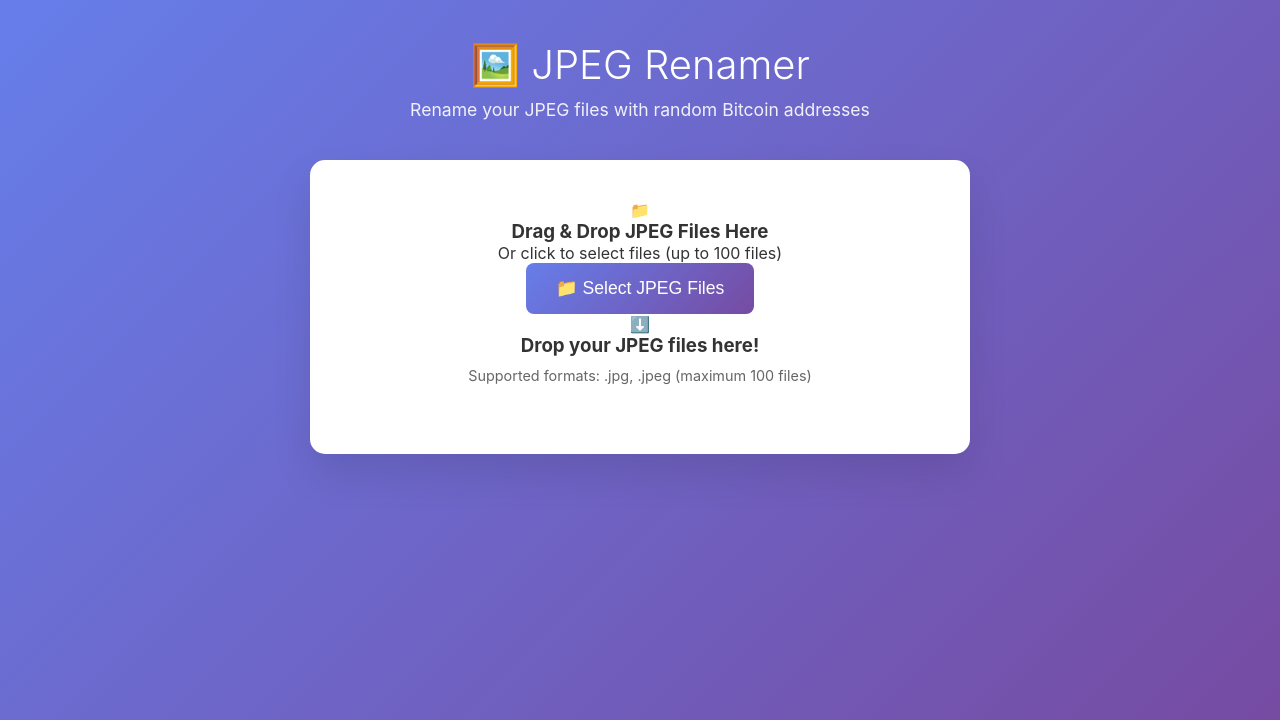
Repository: b0ase/nerd
Page: src/index.html
The author's editor kept a copy of each file at every save. The page is drawn from the files as they stood at one save, then again after the next save.
The browser window is 1280 px wide. The pictures show the whole page.

Above is the page before, as saved 2025-06-03 13:18:39.

### src/index.html
<!DOCTYPE html>
<html lang="en">
<head>
    <meta charset="UTF-8">
    <meta name="viewport" content="width=device-width, initial-scale=1.0">
    <title>JPEG Renamer - Bitcoin Addresses</title>
    <link rel="stylesheet" href="styles.css">
</head>
<body>
    <div class="container">
        <header>
            <h1>🖼️ JPEG Renamer</h1>
            <p>Rename your JPEG files with random Bitcoin addresses</p>
        </header>

        <main>
            <div class="upload-section">
                <div id="dropZone" class="drop-zone">
                    <div class="drop-zone-content">
                        <div class="drop-icon">📁</div>
                        <h3>Drag & Drop JPEG Files Here</h3>
                        <p>Or click to select files (up to 100 files)</p>
                        <button id="selectFiles" class="primary-btn">
                            📁 Select JPEG Files
                        </button>
                    </div>
                    <div class="drop-overlay">
                        <div class="drop-overlay-content">
                            <div class="drop-icon">⬇️</div>
                            <h3>Drop your JPEG files here!</h3>
                        </div>
                    </div>
                </div>
                <p class="hint">Supported formats: .jpg, .jpeg (maximum 100 files)</p>
            </div>

            <div id="fileList" class="file-list"></div>

            <div id="renameSection" class="rename-section" style="display: none;">
                <button id="renameFiles" class="success-btn">
                    🔄 Rename Files
                </button>
            </div>

            <div id="results" class="results"></div>
        </main>
    </div>

    <script src="renderer.js"></script>
</body>
</html>

### src/styles.css
* {
    margin: 0;
    padding: 0;
    box-sizing: border-box;
}

body {
    font-family: -apple-system, BlinkMacSystemFont, 'Segoe UI', Roboto, Oxygen, Ubuntu, Cantarell, sans-serif;
    background: linear-gradient(135deg, #667eea 0%, #764ba2 100%);
    min-height: 100vh;
    color: #333;
}

.container {
    max-width: 700px;
    margin: 0 auto;
    padding: 40px 20px;
}

header {
    text-align: center;
    margin-bottom: 40px;
    color: white;
}

header h1 {
    font-size: 2.5rem;
    margin-bottom: 10px;
    font-weight: 300;
}

header p {
    font-size: 1.1rem;
    opacity: 0.9;
}

main {
    background: white;
    border-radius: 15px;
    padding: 40px;
    box-shadow: 0 20px 40px rgba(0, 0, 0, 0.1);
    backdrop-filter: blur(10px);
}

.upload-section {
    text-align: center;
    margin-bottom: 30px;
}

.primary-btn, .success-btn, .danger-btn {
    padding: 15px 30px;
    border: none;
    border-radius: 8px;
    font-size: 1.1rem;
    cursor: pointer;
    transition: all 0.3s ease;
    font-weight: 500;
}

.primary-btn {
    background: linear-gradient(135deg, #667eea 0%, #764ba2 100%);
    color: white;
}

.primary-btn:hover {
    transform: translateY(-2px);
    box-shadow: 0 10px 20px rgba(102, 126, 234, 0.3);
}

.success-btn {
    background: linear-gradient(135deg, #4facfe 0%, #00f2fe 100%);
    color: white;
    width: 100%;
}

.success-btn:hover {
    transform: translateY(-2px);
    box-shadow: 0 10px 20px rgba(79, 172, 254, 0.3);
}

.danger-btn {
    background: linear-gradient(135deg, #ff6b6b 0%, #ee5a52 100%);
    color: white;
    padding: 8px 16px;
    font-size: 0.9rem;
}

.danger-btn:hover {
    transform: translateY(-1px);
    box-shadow: 0 5px 15px rgba(255, 107, 107, 0.3);
}

.hint {
    margin-top: 10px;
    color: #666;
    font-size: 0.9rem;
}

.file-list {
    margin: 20px 0;
}

.file-item {
    display: flex;
    justify-content: space-between;
    align-items: center;
    padding: 15px;
    margin: 10px 0;
    background: #f8f9fa;
    border-radius: 8px;
    border-left: 4px solid #667eea;
}

.file-info {
    flex: 1;
}

.file-name {
    font-weight: 500;
    margin-bottom: 5px;
}

.file-path {
    font-size: 0.8rem;
    color: #666;
    font-family: 'Monaco', 'Menlo', 'Ubuntu Mono', monospace;
}

.remove-btn {
    margin-left: 10px;
}

.rename-section {
    margin: 30px 0;
    text-align: center;
}

.results {
    margin-top: 30px;
}

.result-item {
    padding: 15px;
    margin: 10px 0;
    border-radius: 8px;
    display: flex;
    justify-content: space-between;
    align-items: flex-start;
}

.result-success {
    background: #d4edda;
    border-left: 4px solid #28a745;
}

.result-error {
    background: #f8d7da;
    border-left: 4px solid #dc3545;
}

.result-info {
    flex: 1;
}

.result-title {
    font-weight: 500;
    margin-bottom: 5px;
}

.result-details {
    font-size: 0.9rem;
    color: #666;
    font-family: 'Monaco', 'Menlo', 'Ubuntu Mono', monospace;
}

.bitcoin-address {
    background: #e3f2fd;
    padding: 8px 12px;
    border-radius: 6px;
    font-family: 'Monaco', 'Menlo', 'Ubuntu Mono', monospace;
    font-size: 0.85rem;
    margin-top: 5px;
    border: 1px solid #bbdefb;
}

.loading {
    text-align: center;
    padding: 20px;
    color: #666;
}

.loading::after {
    content: '';
    display: inline-block;
    width: 20px;
    height: 20px;
    border: 2px solid #667eea;
    border-radius: 50%;
    border-top-color: transparent;
    animation: spin 1s linear infinite;
    margin-left: 10px;
}

@keyframes spin {
    to {
        transform: rotate(360deg);
    }
}

.empty-state {
    text-align: center;
    color: #666;
    font-style: italic;
    padding: 40px;
}

### src/renderer.js
let selectedFiles = [];

const elements = {
    selectFiles: document.getElementById('selectFiles'),
    fileList: document.getElementById('fileList'),
    renameSection: document.getElementById('renameSection'),
    renameFiles: document.getElementById('renameFiles'),
    results: document.getElementById('results')
};

// Event listeners
elements.selectFiles.addEventListener('click', selectFiles);
elements.renameFiles.addEventListener('click', renameFiles);

async function selectFiles() {
    try {
        const filePaths = await window.electronAPI.selectFiles();
        if (filePaths && filePaths.length > 0) {
            selectedFiles = filePaths;
            displayFileList();
            elements.renameSection.style.display = 'block';
            clearResults();
        }
    } catch (error) {
        console.error('Error selecting files:', error);
        showError('Failed to select files. Please try again.');
    }
}

function displayFileList() {
    if (selectedFiles.length === 0) {
        elements.fileList.innerHTML = '<div class="empty-state">No files selected</div>';
        elements.renameSection.style.display = 'none';
        return;
    }

    const fileItems = selectedFiles.map((filePath, index) => {
        const fileName = filePath.split('/').pop();
        return `
            <div class="file-item">
                <div class="file-info">
                    <div class="file-name">📷 ${fileName}</div>
                    <div class="file-path">${filePath}</div>
                </div>
                <button class="danger-btn remove-btn" onclick="removeFile(${index})">
                    ❌ Remove
                </button>
            </div>
        `;
    }).join('');

    elements.fileList.innerHTML = fileItems;
}

function removeFile(index) {
    selectedFiles.splice(index, 1);
    displayFileList();
    if (selectedFiles.length === 0) {
        elements.renameSection.style.display = 'none';
    }
}

async function renameFiles() {
    if (selectedFiles.length === 0) {
        showError('No files selected for renaming.');
        return;
    }

    // Show loading state
    elements.renameFiles.disabled = true;
    elements.renameFiles.innerHTML = '🔄 Renaming Files...';
    elements.results.innerHTML = '<div class="loading">Processing files, please wait...</div>';

    try {
        const results = await window.electronAPI.renameFiles(selectedFiles);
        displayResults(results);

        // Update the selected files list (remove successfully renamed files)
        const successfulRenames = results.filter(r => r.success).map(r => r.originalPath);
        selectedFiles = selectedFiles.filter(filePath => !successfulRenames.includes(filePath));
        displayFileList();

    } catch (error) {
        console.error('Error renaming files:', error);
        showError('Failed to rename files. Please try again.');
    } finally {
        elements.renameFiles.disabled = false;
        elements.renameFiles.innerHTML = '🔄 Rename Files';
    }
}

function displayResults(results) {
    if (results.length === 0) {
        elements.results.innerHTML = '<div class="empty-state">No results to display</div>';
        return;
    }

    const resultItems = results.map(result => {
        if (result.success) {
            const newFileName = result.newPath.split('/').pop();
            return `
                <div class="result-item result-success">
                    <div class="result-info">
                        <div class="result-title">✅ Successfully renamed</div>
                        <div class="result-details">
                            <strong>Original:</strong> ${result.originalPath.split('/').pop()}<br>
                            <strong>New name:</strong> ${newFileName}
                        </div>
                        <div class="bitcoin-address">
                            Bitcoin Address: ${result.bitcoinAddress}
                        </div>
                    </div>
                </div>
            `;
        } else {
            return `
                <div class="result-item result-error">
                    <div class="result-info">
                        <div class="result-title">❌ Failed to rename</div>
                        <div class="result-details">
                            <strong>File:</strong> ${result.originalPath.split('/').pop()}<br>
                            <strong>Error:</strong> ${result.error}
                        </div>
                    </div>
                </div>
            `;
        }
    }).join('');

    elements.results.innerHTML = resultItems;
}

function showError(message) {
    elements.results.innerHTML = `
        <div class="result-item result-error">
            <div class="result-info">
                <div class="result-title">❌ Error</div>
                <div class="result-details">${message}</div>
            </div>
        </div>
    `;
}

function clearResults() {
    elements.results.innerHTML = '';
}

// Make removeFile function globally accessible
window.removeFile = removeFile;

After the next save:
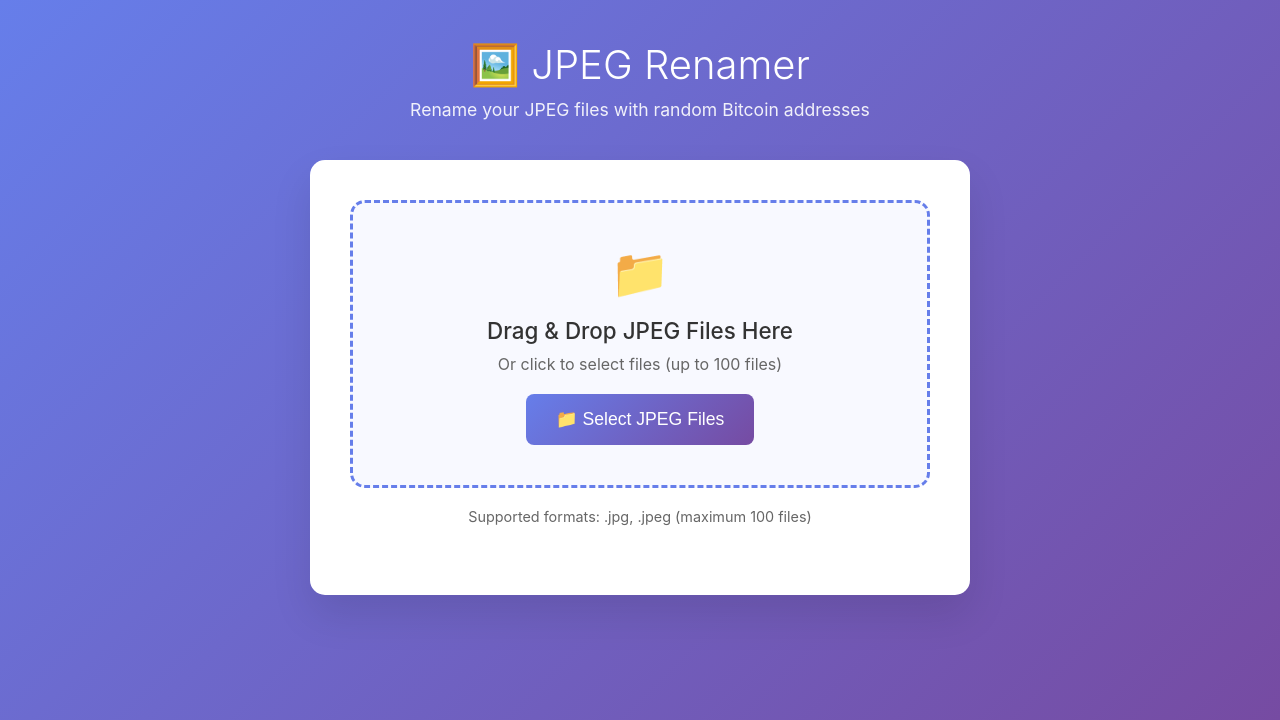
Saved 44 s later.
--- a/src/styles.css
+++ b/src/styles.css
@@ -45,6 +45,88 @@
 .upload-section {
     text-align: center;
     margin-bottom: 30px;
+}
+
+/* Drag and Drop Zone */
+.drop-zone {
+    position: relative;
+    border: 3px dashed #667eea;
+    border-radius: 15px;
+    padding: 40px 20px;
+    background: #f8f9ff;
+    transition: all 0.3s ease;
+    cursor: pointer;
+    margin-bottom: 20px;
+}
+
+.drop-zone:hover {
+    border-color: #764ba2;
+    background: #f0f2ff;
+    transform: translateY(-2px);
+}
+
+.drop-zone.drag-over {
+    border-color: #4facfe;
+    background: #e8f4ff;
+    border-style: solid;
+    transform: scale(1.02);
+}
+
+.drop-zone-content {
+    transition: opacity 0.3s ease;
+}
+
+.drop-zone.drag-over .drop-zone-content {
+    opacity: 0.3;
+}
+
+.drop-overlay {
+    position: absolute;
+    top: 0;
+    left: 0;
+    right: 0;
+    bottom: 0;
+    display: flex;
+    align-items: center;
+    justify-content: center;
+    opacity: 0;
+    pointer-events: none;
+    transition: opacity 0.3s ease;
+    border-radius: 12px;
+}
+
+.drop-zone.drag-over .drop-overlay {
+    opacity: 1;
+}
+
+.drop-overlay-content {
+    text-align: center;
+    color: #4facfe;
+}
+
+.drop-icon {
+    font-size: 3rem;
+    margin-bottom: 15px;
+    display: block;
+}
+
+.drop-zone h3 {
+    font-size: 1.4rem;
+    margin-bottom: 10px;
+    color: #333;
+    font-weight: 500;
+}
+
+.drop-zone p {
+    color: #666;
+    margin-bottom: 20px;
+    font-size: 1rem;
+}
+
+.drop-overlay-content h3 {
+    color: #4facfe;
+    font-size: 1.6rem;
+    margin-top: 10px;
 }
 
 .primary-btn, .success-btn, .danger-btn {
@@ -213,3 +295,24 @@
     font-style: italic;
     padding: 40px;
 }
+
+/* File counter */
+.file-counter {
+    margin-top: 15px;
+    padding: 10px 15px;
+    background: #e3f2fd;
+    border-radius: 8px;
+    color: #1976d2;
+    font-weight: 500;
+    display: inline-block;
+}
+
+.file-counter.warning {
+    background: #fff3e0;
+    color: #f57c00;
+}
+
+.file-counter.error {
+    background: #ffebee;
+    color: #d32f2f;
+}
